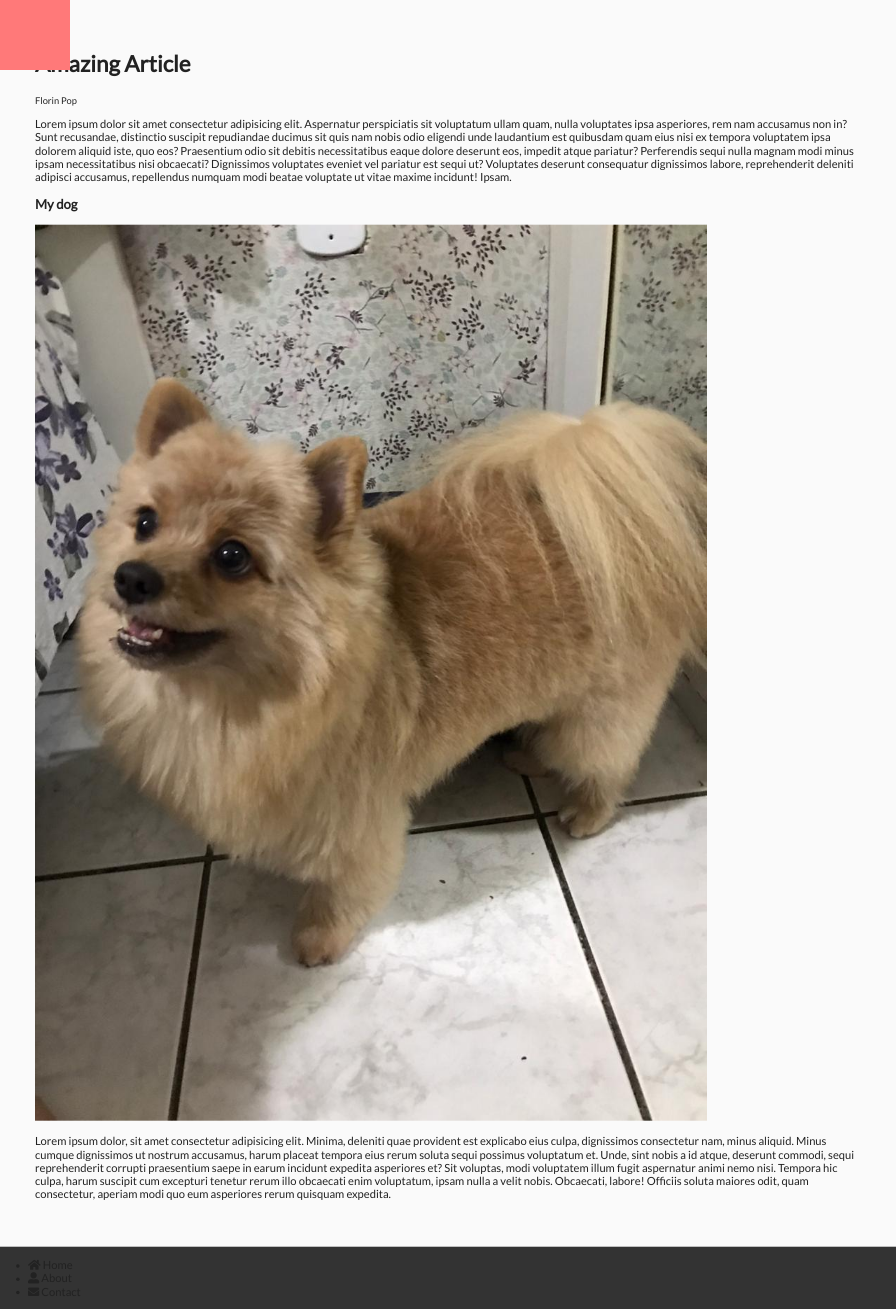
Repository: Williamlmachado/Rotating-Navigation
Page: index.html
These files come from the project's save history. The page is drawn as it stood at one moment and after the next save; the edit follows.
The browser window is 1280 px wide. The pictures show the whole page, at 70% of full size.
Some web libraries are served in a nearby version.

Above is the page before, as saved 2021-08-13 09:42:14.

After the next save:
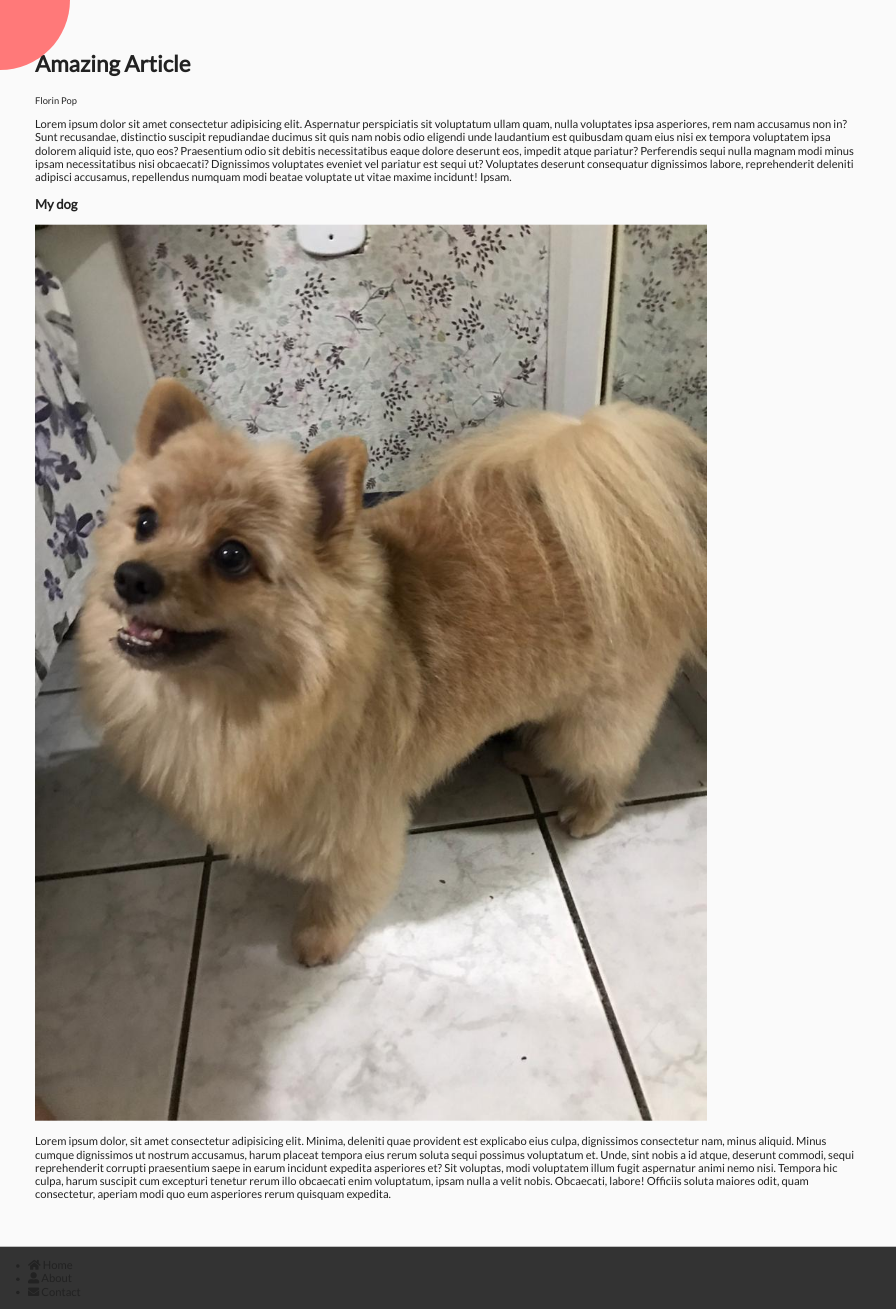
Saved 5 s later.
--- a/style.css
+++ b/style.css
@@ -32,5 +32,5 @@ body {
     background-color: #ff7979;
     height: 200px;
     width: 200px;
-    border-radius: ;
+    border-radius: 50%;
 }
